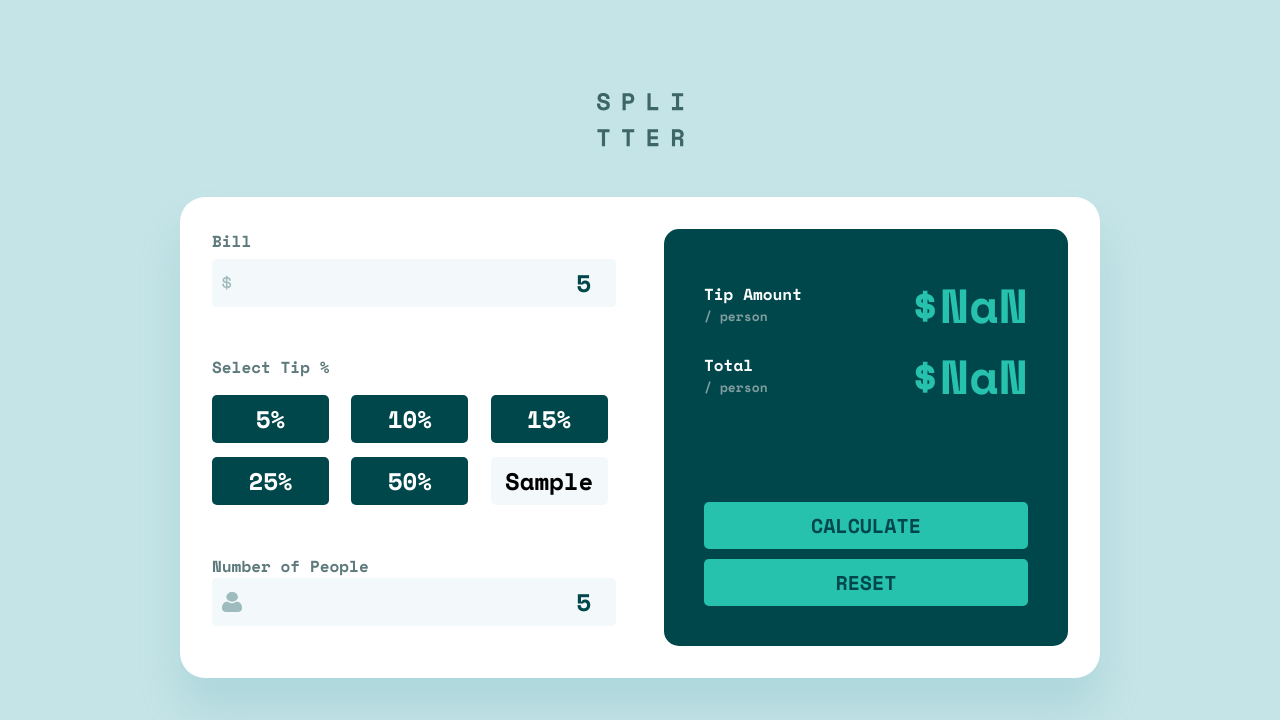
Repository: brandontaylor1/splitter
Page: index.html
These files come from the project's save history. The page is drawn as it stood at one moment and after a run of saves; the edit follows.
The browser window is 1280 px wide. The pictures show the whole page.
Empty fields were first filled with sample values (such as "Sample", 5 or name@example.com).
After loading, the first visible `#calculate-button` was clicked once.

Above is the page before, as saved 2025-02-07 13:52:14.

After the next 2 saves:
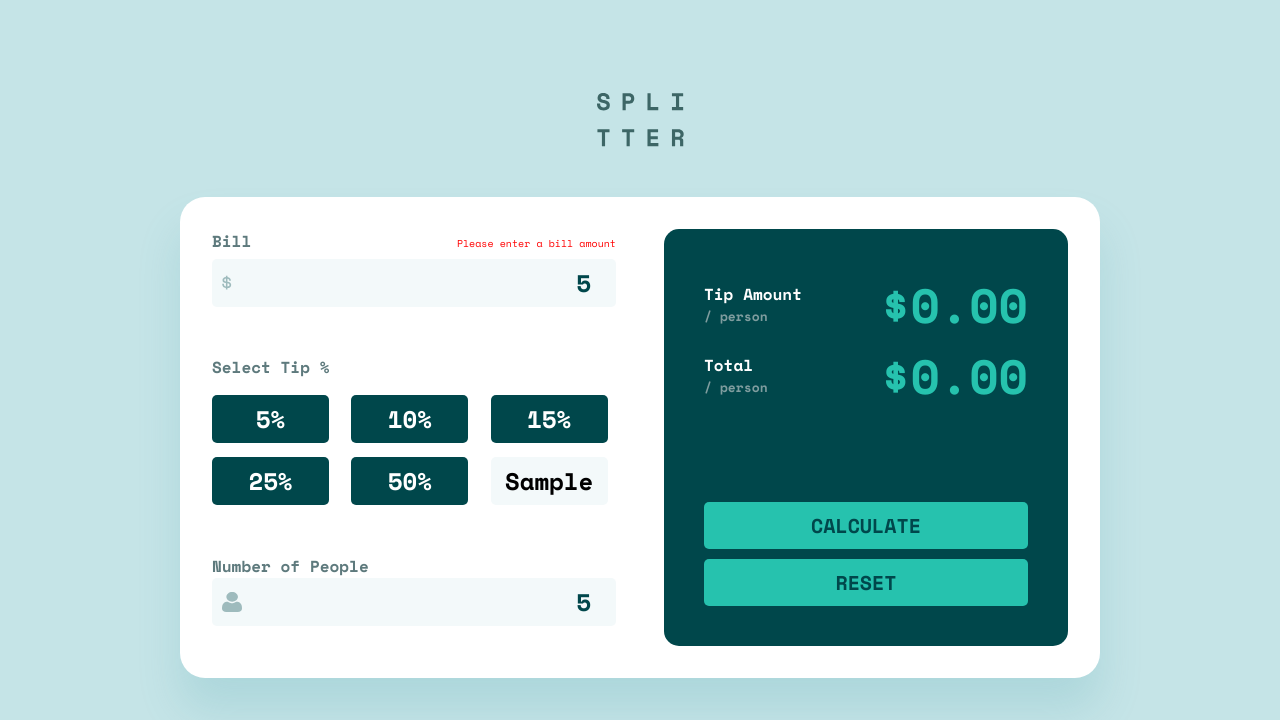
Console error: ReferenceError: tip is not defined
The 2 saves are shown as one change because they came seconds apart.
The last was saved 77 s later.
--- a/index.js
+++ b/index.js
@@ -65,7 +65,7 @@ calculateBtn.addEventListener("click", () => {
         hasError = true;
     }
 
-    if (billAmount === undefined || billAmount === "") {
+    if (billAmount === undefined || billAmount === "" || billAmount === 0) {
         billError.innerText = "Please enter a bill amount";
         hasError = true;
         tip.innerText = "$0.00";
